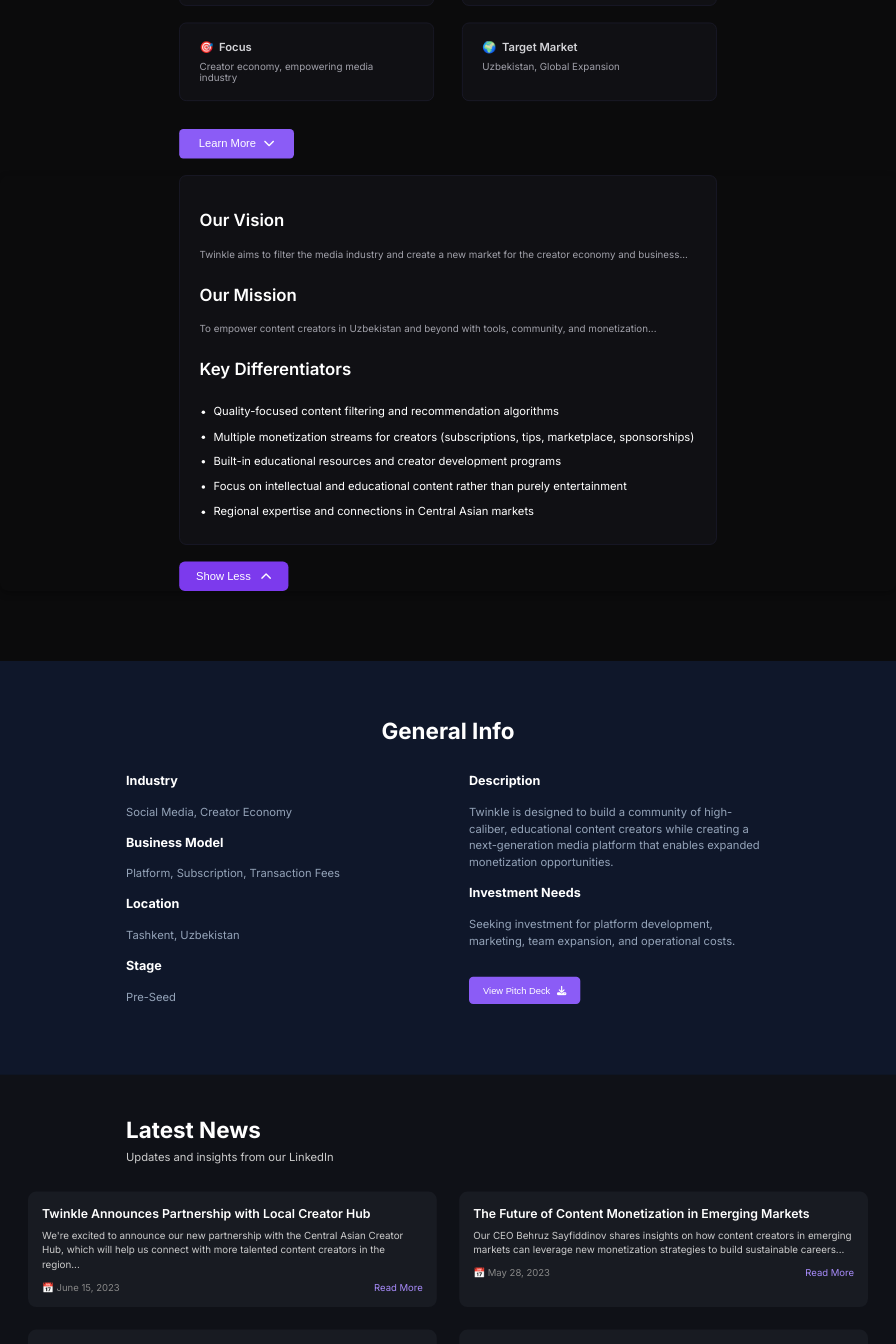
Repository: techboy-33/Twinkle-web
Page: index.html
The author's editor kept a copy of each file at every save. The page is drawn from the files as they stood at one save, then again after the next save.
The browser window is 1280 px wide. The pictures show the part of the page from y = 466 to 2386 px (the page is 4902 px tall before and 4284 px after), at 70% of full size.
Pictures or frames that could not be fetched are drawn as grey boxes.

Above is the page before, as saved 2025-05-15 14:48:41.

### index.html
<!DOCTYPE html>
<html lang="en">

<head>
    <meta charset="UTF-8" />
    <meta name="viewport" content="width=device-width, initial-scale=1.0" />
    <title>Twinkle</title>
    <link href="styles.css" rel="stylesheet" />
    <link href="https://fonts.googleapis.com/css2?family=Inter:wght@400;600;700&display=swap" rel="stylesheet">
    <link rel="stylesheet" href="https://cdnjs.cloudflare.com/ajax/libs/font-awesome/6.5.0/css/all.min.css">
    <link rel="stylesheet" href="./base.css">
    <link rel="stylesheet" href="./responsive.css">
</head>

<body>
    <header class="navbar">
        <div class="container nav-inner">
            <div class="logo">Twinkle</div>
            <div class="nav-right">
                <nav class="nav-links">
                    <a href="#">General Info</a>
                    <a href="#">News</a>
                    <a href="#">Team</a>
                </nav>
                <div class="nav-icons language-dropdown">
                    <button class="icon-btn" id="language-toggle">
                        <i class="fa-solid fa-globe"></i>
                    </button>
                    <ul class="language-menu">
                        <li>English</li>
                        <li>Русский</li>
                        <li>O'zbekcha</li>
                    </ul>
                    <button class="icon-btn" id="theme-toggle">
                        <i class="fa-solid fa-sun"></i>
                    </button>
                    <button class="icon-btn contact-btn">Contact</button>
                    <button class="hamburger-menu" id="menu-toggle">
                        <i class="fa-solid fa-bars"></i>
                    </button>
                </div>
            </div>
        </div>
    </header>
    <section class="hero">
        <div class="hero-inner">
            <h1>Twinkle</h1>
            <p class="subtitle">
                A social media platform uniting creators who produce high-quality, intellectual, and value-driven
                content with innovative filtering and multi-monetization models.
            </p>

            <div class="info-grid">
                <div class="info-card">
                    <h3>Founded</h3>
                    <p>15th of December 2024</p>
                </div>
                <div class="info-card">
                    <h3>Headquarters</h3>
                    <p>Samarkand, Uzbekistan (remote)</p>
                </div>
                <div class="info-card">
                    <h3>Focus</h3>
                    <p>Creator economy, empowering media industry</p>
                </div>
                <div class="info-card">
                    <h3>Target Market</h3>
                    <p>Uzbekistan, Global Expansion</p>
                </div>
            </div>

            <button class="learn-btn">Learn More
                <i class="fa-solid fa-chevron-down"></i>
            </button>
        </div>
        <div id="extra-info" >
            <div class="extra-content">
                <div class="info-card">
                    <h2>Our Vision</h2>
                    <p>Twinkle aims to filter the media industry and create a new market for the creator economy and
                        business...</p>

                    <h2>Our Mission</h2>
                    <p>To empower content creators in Uzbekistan and beyond with tools, community, and monetization...
                    </p>

                    <h2>Key Differentiators</h2>
                    <ul>
                        <li>Quality-focused content filtering and recommendation algorithms</li>
                        <li>Multiple monetization streams for creators (subscriptions, tips, marketplace, sponsorships)
                        </li>
                        <li>Built-in educational resources and creator development programs</li>
                        <li>Focus on intellectual and educational content rather than purely entertainment</li>
                        <li>Regional expertise and connections in Central Asian markets</li>
                    </ul>
                </div>
                <button id="show-less-btn" class="learn-btn">Show Less
                    <i class="fa-solid fa-chevron-up"></i>
                </button>
            </div>
        </div>
    </section>
    <main class="container">
        <section class="general-info">
            <h2>General Info</h2>
            <div class="info-columns">
                <div class="left">
                    <div>
                        <p class="strong">Industry</p>
                        <p>Social Media, Creator Economy</p>
                    </div>
                    <div>
                        <p class="strong">Business Model</p>
                        <p>Platform, Subscription, Transaction Fees</p>
                    </div>
                    <div>
                        <p class="strong">Location</p>
                        <p>Tashkent, Uzbekistan</p>
                    </div>
                    <div>
                        <p class="strong">Stage</p>
                        <p>Pre-Seed</p>
                    </div>
                </div>
                <div class="right">
                    <div>
                        <p class="strong">Description</p>
                        <p>Twinkle is designed to build a community of high-caliber, educational content creators while
                            creating a next-generation media platform that enables expanded monetization opportunities.
                        </p>
                    </div>
                    <div>
                        <p class="strong">Investment Needs</p>
                        <p>Seeking investment for platform development, marketing, team expansion, and operational
                            costs.
                        </p>
                    </div>
                    <button class="pitch-btn">View Pitch Deck
                        <i class="fa-solid fa-download"></i>
                    </button>
                </div>
            </div>
        </section>
    </main>
    <section class="news-section">
        <div class="container">
            <h2 class="news-title">Latest News</h2>
            <p class="news-subtitle">Updates and insights from our LinkedIn</p>

            <div class="news-grid">
                <!-- News Card 1 -->
                <div class="news-card">
                    <h3>Twinkle Announces Partnership with Local Creator Hub</h3>
                    <p>We're excited to announce our new partnership with the Central Asian Creator Hub, which will help
                        us connect with more talented content creators in the region...</p>
                    <div class="news-meta">
                        <span>📅 June 15, 2023</span>
                        <a href="#">Read More</a>
                    </div>
                </div>

                <!-- News Card 2 -->
                <div class="news-card">
                    <h3>The Future of Content Monetization in Emerging Markets</h3>
                    <p>Our CEO Behruz Sayfiddinov shares insights on how content creators in emerging markets can
                        leverage new monetization strategies to build sustainable careers...</p>
                    <div class="news-meta">
                        <span>📅 May 28, 2023</span>
                        <a href="#">Read More</a>
                    </div>
                </div>

                <!-- News Card 3 -->
                <div class="news-card">
                    <h3>Twinkle Featured in 'Startups to Watch' List</h3>
                    <p>We're honored to be included in this year's 'Startups to Watch' list by Tech Central Asia. This
                        recognition highlights our innovative approach to content creation...</p>
                    <div class="news-meta">
                        <span>📅 April 10, 2023</span>
                        <a href="#">Read More</a>
                    </div>
                </div>

                <!-- News Card 4 -->
                <div class="news-card">
                    <h3>Building a Quality-First Content Platform</h3>
                    <p>In our latest blog post, CTO Alisher Zokirovich discusses the technical challenges of building a
                        platform that prioritizes quality content while maintaining scalability...</p>
                    <div class="news-meta">
                        <span>📅 March 22, 2023</span>
                        <a href="#">Read More</a>
                    </div>
                </div>
            </div>

            <div class="view-all-wrapper">
                <button class="view-all-btn">View All Updates
                    <i class="fa-brands fa-linkedin-in"></i>
                </button>
            </div>
        </div>
    </section>
    <section class="team-section">
        <div class="container">
            <h2 class="team-title">Our Team</h2>
            <p class="team-subtitle">Meet the passionate minds behind Twinkle</p>

            <div class="team-grid">
                <!-- Team Members -->
                <div class="team-card">
                    <img src="https://encrypted-tbn0.gstatic.com/images?q=tbn:ANd9GcR9CMIiPoEBXCQ0sEX700hf1_gQ1kkmD3HA4w&s"
                        alt="Behruz">
                    <h3>Behruz Sayfiddinov</h3>
                    <p class="role">Co-founder & CEO</p>
                    <p class="desc">Background in startups, business development & media.</p>
                    <div class="icons">
                        <a href="#"><i class="fas fa-envelope"></i></a>
                        <a href="#"><i class="fab fa-linkedin-in"></i></a>
                    </div>
                </div>

                <div class="team-card">
                    <img src="https://encrypted-tbn0.gstatic.com/images?q=tbn:ANd9GcR9CMIiPoEBXCQ0sEX700hf1_gQ1kkmD3HA4w&s"
                        alt="Alisher">
                    <h3>Alisher Zokirovich</h3>
                    <p class="role">Founder & CTO</p>
                    <p class="desc">Responsible for tech development and product vision.</p>
                    <div class="icons">
                        <a href="#"><i class="fas fa-envelope"></i></a>
                        <a href="#"><i class="fab fa-linkedin-in"></i></a>
                    </div>
                </div>

                <div class="team-card">
                    <img src="https://encrypted-tbn0.gstatic.com/images?q=tbn:ANd9GcR9CMIiPoEBXCQ0sEX700hf1_gQ1kkmD3HA4w&s"
                        alt="Member">
                    <h3>Le Minh Hoan</h3>
                    <p class="role">Frontend Developer</p>
                    <p class="desc">Creating seamless user experiences and interfaces.</p>
                    <div class="icons">
                        <a href="#"><i class="fas fa-envelope"></i></a>
                        <a href="#"><i class="fab fa-linkedin-in"></i></a>
                    </div>
                </div>

                <div class="team-card">
                    <img src="https://encrypted-tbn0.gstatic.com/images?q=tbn:ANd9GcR9CMIiPoEBXCQ0sEX700hf1_gQ1kkmD3HA4w&s"
                        alt="Member">
                    <h3>Doston Imomaliyev</h3>
                    <p class="role">Backend Developer</p>
                    <p class="desc">Building robust backend systems.</p>
                    <div class="icons">
                        <a href="#"><i class="fas fa-envelope"></i></a>
                        <a href="#"><i class="fab fa-linkedin-in"></i></a>
                    </div>
                </div>

                <div class="team-card">
                    <img src="https://encrypted-tbn0.gstatic.com/images?q=tbn:ANd9GcR9CMIiPoEBXCQ0sEX700hf1_gQ1kkmD3HA4w&s"
                        alt="Member">
                    <h3>Xojiakbar Sobirjonov</h3>
                    <p class="role">UX/UI Designer</p>
                    <p class="desc">Creating intuitive and beautiful user experiences.</p>
                    <div class="icons">
                        <a href="#"><i class="fas fa-envelope"></i></a>
                        <a href="#"><i class="fab fa-linkedin-in"></i></a>
                    </div>
                </div>
            </div>
        </div>
    </section>
    <section class="find-us-section">
        <div class="container">
            <h2 class="find-us-title">You can Find Us</h2>
            <p class="find-us-subtitle">Connect with Twinkle across various platforms</p>
            <div class="find-us-grid">
                <div class="find-us-card linkedin">
                    <i class="fab fa-linkedin-in"></i>
                    <h3>LinkedIn</h3>
                    <p>linkedin.com/company/twinkle-uz</p>
                </div>
                <div class="find-us-card startup-base">
                    <i class="fas fa-globe"></i>
                    <h3>Startup Base</h3>
                    <p>startupbase.uz/en/startups/39</p>
                </div>
                <div class="find-us-card amazon">
                    <i class="fas fa-seedling"></i>
                    <h3>Amazon Startups</h3>
                    <p>AWS Startup Showcase</p>
                </div>
                <div class="find-us-card instagram">
                    <i class="fab fa-instagram"></i>
                    <h3>Instagram</h3>
                    <p>instagram.com/twinkle_uzbekistan</p>
                </div>
                <div class="find-us-card telegram">
                    <i class="fab fa-telegram-plane"></i>
                    <h3>Telegram</h3>
                    <p>t.me/twinkle_uzbekistan</p>
                </div>
            </div>
        </div>
    </section>
    <section class="contact-section">
        <div class="container contact-container">
            <h2 class="contact-title">Contact Us</h2>
            <p class="contact-description">
                Interested in learning more about Twinkle or discussing investment opportunities? We’d love to hear from
                you.
            </p>

            <div class="contact-methods">
                <div class="contact-box">
                    <i class="fas fa-envelope"></i>
                    <p>info@twinkle.com</p>
                </div>
                <div class="contact-box">
                    <i class="fab fa-linkedin-in"></i>
                    <p>LinkedIn</p>
                </div>
            </div>

            <form class="contact-form">
                <div class="form-row">
                    <input type="text" placeholder="Name" required />
                    <input type="email" placeholder="Email" required />
                </div>
                <input type="text" placeholder="Subject" required />
                <textarea placeholder="Message" rows="5" required></textarea>
                <button type="submit" class="send-btn">Send Message</button>
            </form>
        </div>

    </section>
    <footer class="contact-footer">
        <p class="footer-brand">Twinkle</p>
        <p class="footer-rights">© 2025 Twinkle, Inc. All rights reserved.</p>
    </footer>
    <script src="./js.js"></script>
</body>

</html>

### base.css
body.light-mode {
  background-color: #fdf8fd;
  color: #111111;
}

body.light-mode .logo {
  color: #111111 !important;
}

body.light-mode .navbar {
  border-bottom: 1px solid #e5e7eb;
}

body.light-mode .language-menu {
  background-color: #fdf8fd;
  border: 1px solid #e5e7eb;
}

body.light-mode .language-menu li {
  color: #111;
}

body.light-mode .language-menu li:hover {
  background-color: #e5e7eb;
}

body.light-mode .general-info,
body.light-mode .team-section,
body.light-mode .contact-section,
body.light-mode .general-info h2,
body.light-mode .strong,
body.light-mode .find-us-section .find-us-subtitle {
  background-color: #f6f6f6;
  color: #333 !important;
}
body.light-mode .nav-links a,
body.light-mode .general-info p {
  color: #757576;
}

body.light-mode .navbar,
body.light-mode .hero,
body.light-mode .icon-btn,
body.light-mode .hamburger-menu,
body.light-mode .text-muted-foreground,
body.light-mode .news-section,
body.light-mode .find-us-section,
body.light-mode .contact-footer {
  background-color: #fdf8fd !important;
  color: #111111 !important;
}
body.light-mode .contact-box,
body.light-mode .info-card,
body.light-mode .team-card,
body.light-mode .find-us-card {
  background-color: #ffffff !important;
  border: 1px solid #e5e7eb !important;
  box-shadow: none;
}
body.light-mode .find-us-card h3 {
  margin: 14px 0;
}
body.light-mode .team-card .role{
  margin: 10px 0;
}
body.light-mode .icons i {
  color: #333;
}

body.light-mode .info-card h3 {
  color: #333;
}

body.light-mode .info-card p {
  color: #757576;
}

body.light-mode .news-card,
body.light-mode .contact-box,
body.light-mode .contact-form input,
body.light-mode .contact-form textarea {
  color: #111111 !important;
}

body.light-mode .news-card {
  border: 1px solid #e4e4e4;
  background-color: #ffffff !important;

}

body.light-mode .news-card p {
  color: #757576;
}

body.light-mode a {
  color: #4f46e5;
}

body.light-mode .subtitle,
body.light-mode .news-subtitle,
body.light-mode .team-subtitle,
body.light-mode .desc,
body.light-mode .find-us-card p,
body.light-mode .contact-description {
  color: #444 !important;
}

body.light-mode .contact-form input,
body.light-mode .contact-form textarea{
  background-color: #ffffff;
}

body.light-mode .footer-brand {
  margin-bottom: 16px;
}

### responsive.css
@media (max-width: 768px) {

    .navbar {
        width: 100vw;
        overflow-x: hidden;
    }

    .nav-links,
    .contact-btn {
        display: none;
    }

    .hamburger-menu {
        display: block;
        background-color: #0f172a;
        color: #d1d5db;
        border: none;
        font-size: 18px;
    }

    .nav-inner {
        max-width: 1200px;
        width: 100%;
        padding: 0 26px;
        margin: 0 auto;
        display: flex;
        justify-content: space-between;
        align-items: center;
    }

    .nav-right {
        gap: 12px;
    }

    .nav-icons {
        display: flex;
        align-items: center;
        justify-content: flex-end;
        gap: 16px;
    }


    .nav-open .nav-links {
        display: flex;
        flex-direction: column;
        background-color: #1e293b;
        position: absolute;
        top: 70px;
        right: 20px;
        padding: 12px;
        border-radius: 8px;
        gap: 12px;
        z-index: 1001;
    }

    .nav-open .contact-btn {
        display: block;
        width: 100%;
    }

    /* hero */
    .hero {
        padding: 80px 0;
    }

    .hero-inner {
        padding: 0 26px;
    }

    .hero-inner h1 {
        font-size: 36px;
    }

    .subtitle {
        font-size: 16px;
        max-width: 100%;
        margin-bottom: 40px;
    }

    .info-grid {
        grid-template-columns: 1fr;
        gap: 20px;
    }

    .info-card {
        padding: 20px;
    }

    .learn-btn {
        font-size: 14px;
        padding: 10px 24px;
    }

    /* General  Info Section */
    .general-info {
        padding: 60px 26px 70px 26px;
    }

    .general-info h2 {
        font-size: 26px;
        margin: 10px 0 60px 0;
    }

    .info-columns {
        flex-direction: column;
        gap: 40px;
    }

    .info-columns .left,
    .info-columns .right {
        flex: none;
        width: 100%;
    }

    .info-columns p {
        font-size: 15px;
        line-height: 22px;
    }

    .info-columns p strong {
        margin-bottom: 10px;
    }

    .pitch-btn {
        margin: 26px 0;
    }

    /* new section */
    .news-section {
        padding: 60px 26px;
    }

    .news-title,
    .news-subtitle {
        padding-left: 0;
    }

    .news-title {
        font-size: 1.5rem;
        margin: 20px 0;
    }

    .news-subtitle {
        font-size: 0.95rem;
        margin-bottom: 60px;
    }

    .news-grid {
        grid-template-columns: 1fr;
        gap: 20px;
    }

    .news-card {
        padding: 30px 20px;
    }

    .news-card h3 {
        font-size: 1rem;
    }

    .news-card p {
        font-size: 13px;
    }

    .news-meta {
        gap: 6px;
    }

    .view-all-btn {
        width: 50%;
        padding: 12px;
        font-size: 15px;
    }

    /* Teams section*/
    .team-title {
        margin-bottom: 20px;
    }

    /* Find Us */
    .find-us-title {
        margin-bottom: 20px;
    }

    .find-us-grid {
        justify-content: center;
    }

    /* Contact */
    .contact-form {
        width: 100%;
        padding: 0 16px;
    }

    .contact-section {
        padding: 60px 20px 60px 20px;
    }

    .form-row {
        flex-direction: column;
        gap: 10px;
    }

    .contact-methods {
        display: flex;
        flex-direction: column;
    }

    .contact-methods .contact-box {
        width: 360px;
        padding: 30px;
    }

    .contact-methods .contact-box p {
        margin-top: 10px;
    }

    .contact-form input,
    .contact-form textarea {
        font-size: 1rem;
        padding: 12px;
    }

    .send-btn {
        margin-top: 20px;
    }

    /* footer */
    .contact-footer {
        flex-direction: column;
        align-items: center;
        border: none;
    }
}

Loaded but not shown: js.js (42 lines, source omitted); styles.css (683 lines, source omitted)

After the next save:
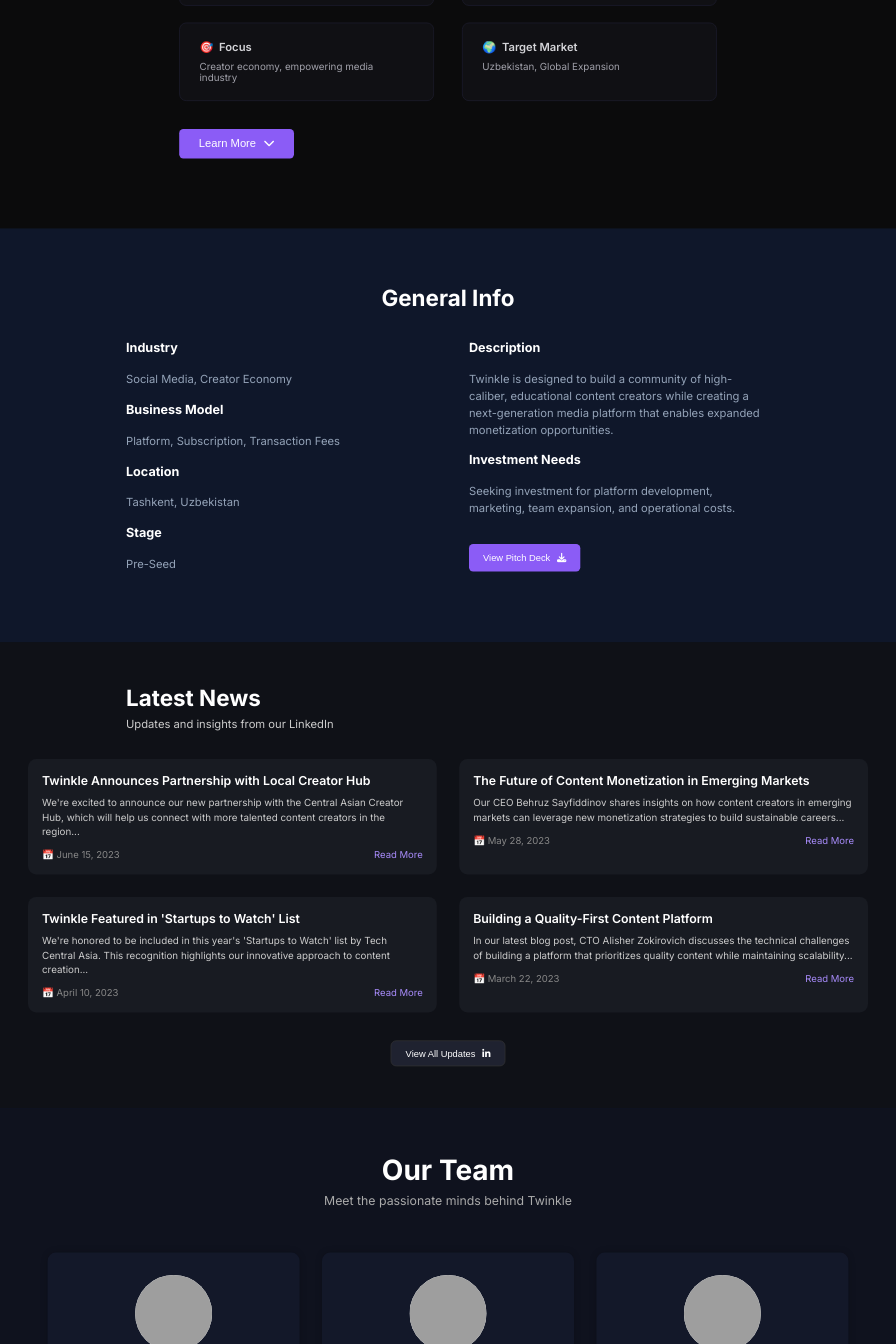
Saved 14 s later.
--- a/index.html
+++ b/index.html
@@ -73,7 +73,7 @@
                 <i class="fa-solid fa-chevron-down"></i>
             </button>
         </div>
-        <div id="extra-info" >
+        <div id="extra-info" style="display: none;">
             <div class="extra-content">
                 <div class="info-card">
                     <h2>Our Vision</h2>
